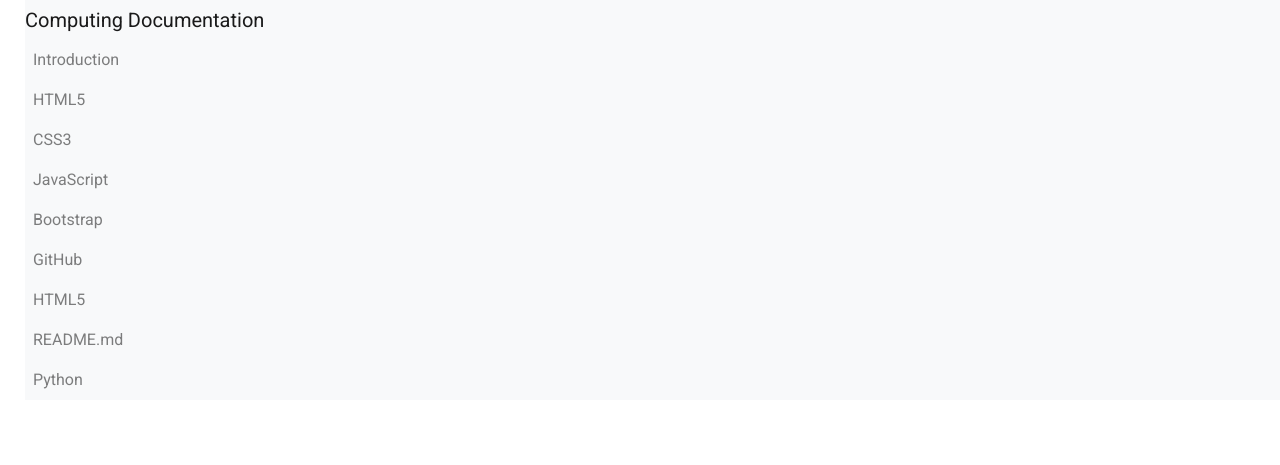
Repository: derektypist/technical-documentation-page
Page: index.html
The author's editor kept a record of every edit. The page is drawn from the files as they stood at one moment, then again after the next edit.
The browser window is 1280 px wide. The pictures show the whole page.

Above is the page before.

### index.html
<!DOCTYPE html>
<html lang="en">
<head>
    <meta charset="UTF-8">
    <meta name="viewport" content="width=device-width, initial-scale=1.0">
    <meta http-equiv="X-UA-Compatible" content="ie=edge">
    <title>Technical Documentation Page</title>
    <!-- Load Style Sheets -->
    <link rel="stylesheet" href="https://maxcdn.bootstrapcdn.com/bootstrap/4.4.1/css/bootstrap.min.css" integrity="sha384-Vkoo8x4CGsO3+Hhxv8T/Q5PaXtkKtu6ug5TOeNV6gBiFeWPGFN9MuhOf23Q9Ifjh" crossorigin="anonymous">
    <link href="https://fonts.googleapis.com/css?family=Roboto|Roboto+Mono&display=swap" rel="stylesheet">
    <style>
        /* Navigation */
        #navbar {
          font-family: "Roboto", Arial, Verdana, sans-serif;
          margin-left: 25px;
        }

        /* Main Content */
        #main-doc {
          font-family: "Roboto, Arial, Verdana, sans-serif";
        }
    </style>
</head>
<body>
    <!-- Set Up Navigation -->
    <nav class="navbar-expand navbar-light bg-light fixed-left nav flex-column" id="navbar">
  <a class="navbar-brand" href="#">Computing Documentation</a>
  <button class="navbar-toggler" type="button" data-toggle="collapse" data-target="#navbarSupportedContent" aria-controls="navbarSupportedContent" aria-expanded="false" aria-label="Toggle navigation">
    <span class="navbar-toggler-icon"></span>
  </button>

  <div class="collapse navbar-collapse" id="navbarSupportedContent">
    <ul class="navbar-nav mr-auto flex-column">
      <li class="nav-item">
        <a class="nav-link" href="#">Introduction</a>
      </li>
      <li class="nav-item">
        <a class="nav-link" href="#">HTML5</a>
      </li>
      <li class="nav-item">
        <a class="nav-link" href="#">CSS3</a>
      </li>
      <li class="nav-item">
        <a class="nav-link" href="#">JavaScript</a>
      </li>
      <li class="nav-item">
        <a class="nav-link" href="#">Bootstrap</a>
      </li>
      <li class="nav-item">
        <a class="nav-link" href="#">GitHub</a>
      </li>
      <li class="nav-item">
        <a class="nav-link" href="#">HTML5</a>
      </li>
      <li class="nav-item">
        <a class="nav-link" href="#">README.md</a>
      </li>
      <li class="nav-item">
        <a class="nav-link" href="#">Python</a>
      </li>
</nav>

<!-- Set Up Main Content -->
<main id="main-doc">

</main>
</body>
</html>

After the next edit:
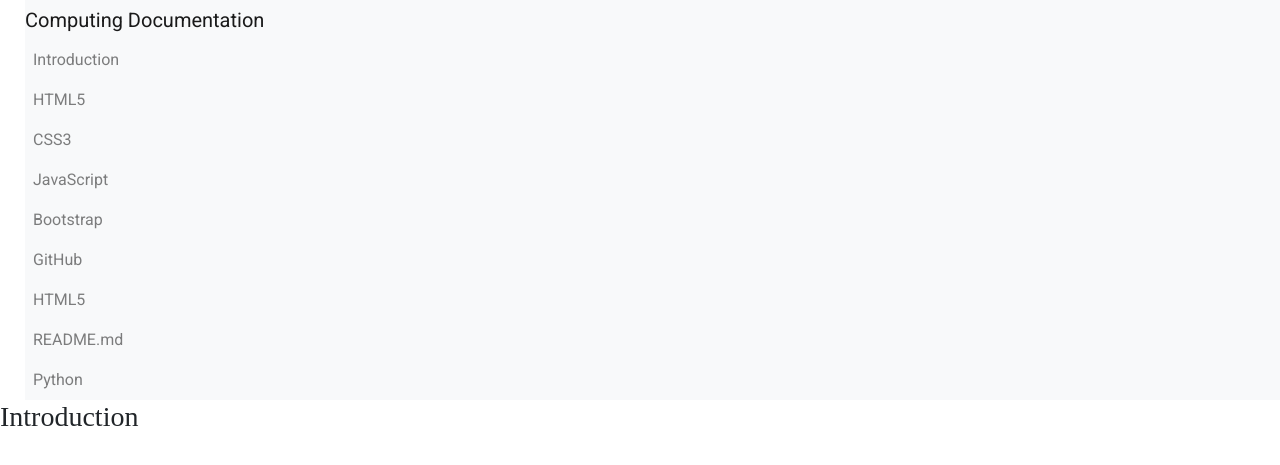
The edit:
--- a/index.html
+++ b/index.html
@@ -62,7 +62,11 @@
 
 <!-- Set Up Main Content -->
 <main id="main-doc">
-
+<section class="main-section">
+  <header id="introduction">
+    <h3>Introduction</h3>
+  </header>
+</section>
 </main>
 </body>
 </html>
